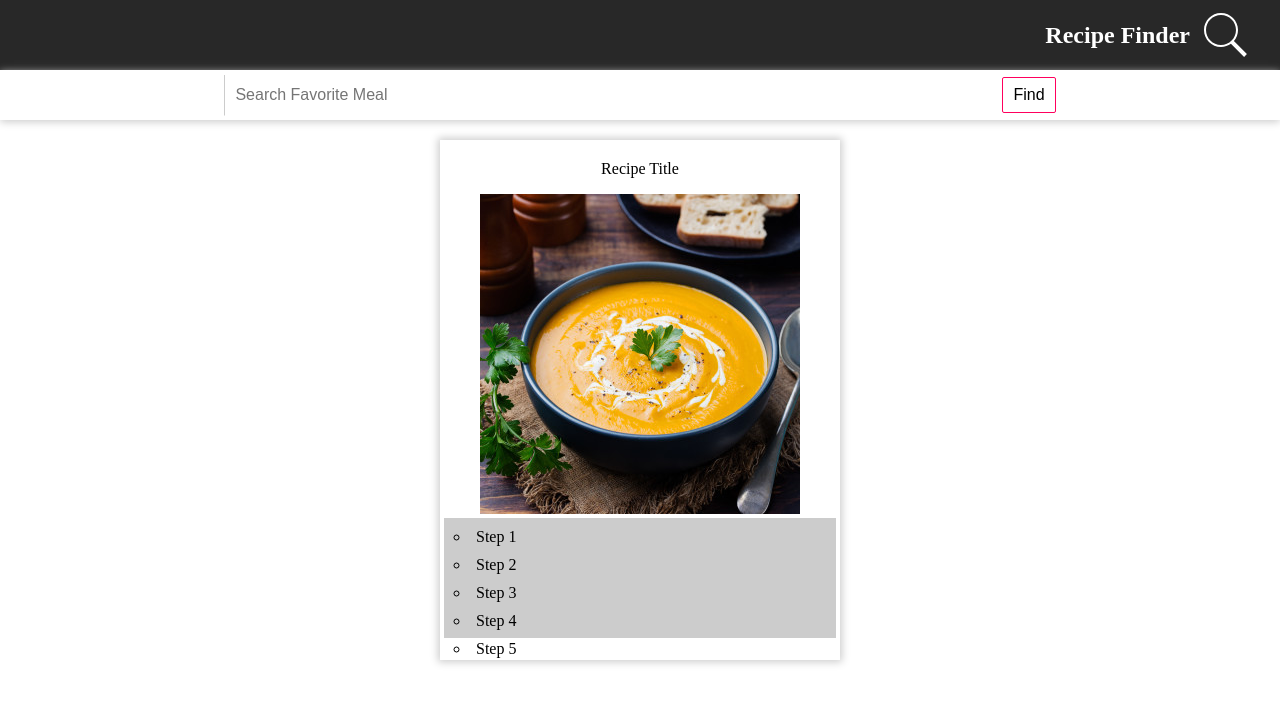
Repository: burntaftermint/recipes
Page: index.html
An editor plug-in stored every save of this project. The page is shown before and after the next save, followed by the edit.
The browser window is 1280 px wide. The pictures show the whole page.
The pointer rests on the first visible `.recipe`.

Above is the page before, as saved 2023-11-06 05:00:51.

After the next save:
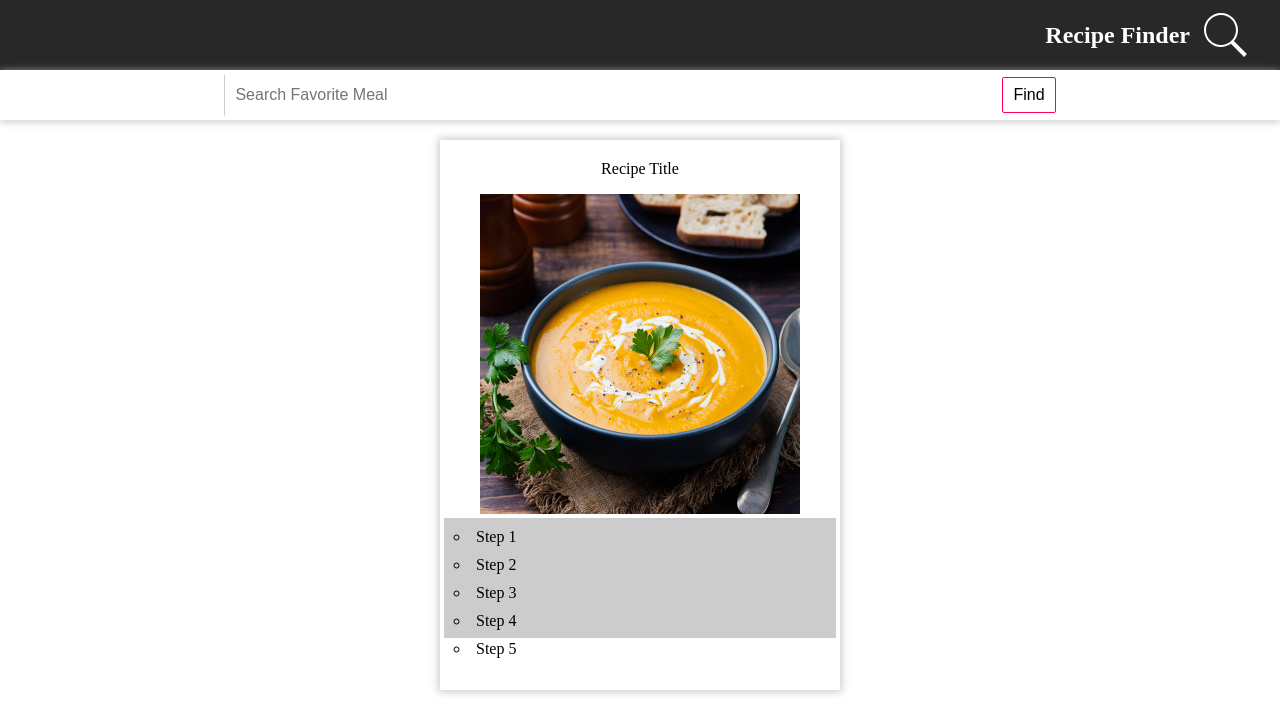
Saved 7 s later.
--- a/style.css
+++ b/style.css
@@ -137,5 +137,5 @@ header img {
 }
 
 .recipe:hover{
-    height: 520px;
+    height: 550px;
 }
